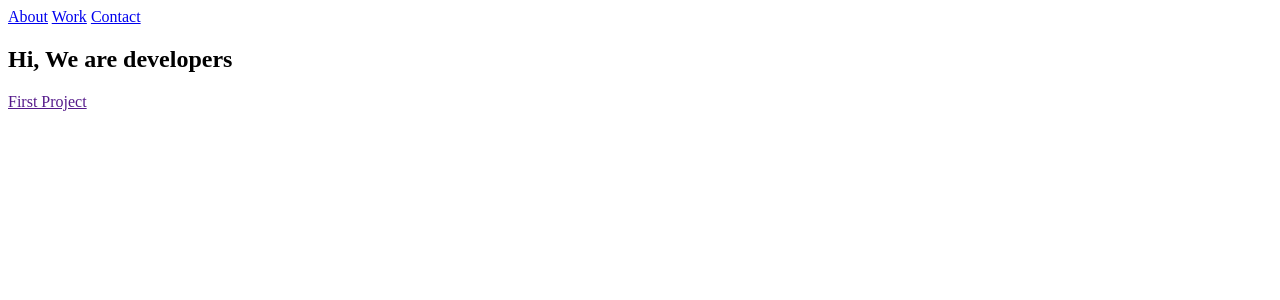
Repository: justicebhekani88/microverse_portfolio_project
Page: index.html
These files come from the project's save history. The page is drawn as it stood at one moment and after the next save; the edit follows.
The browser window is 1280 px wide. The pictures show the whole page.

Above is the page before, as saved 2022-07-21 14:21:46.

After the next save:
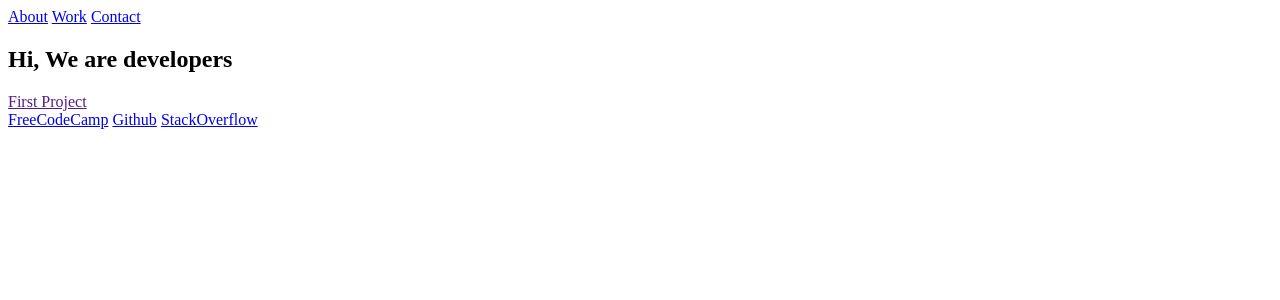
Saved 107 s later.
--- a/index.html
+++ b/index.html
@@ -23,6 +23,11 @@
             First Project
         </a>
     </section>
+    <section>
+        <a href="#" id="profile-link">FreeCodeCamp</a>
+        <a href="#" id="profile-link">Github</a>
+        <a href="#" id="profile-link">StackOverflow</a>
+    </section>
 </body>
 
 </html>
